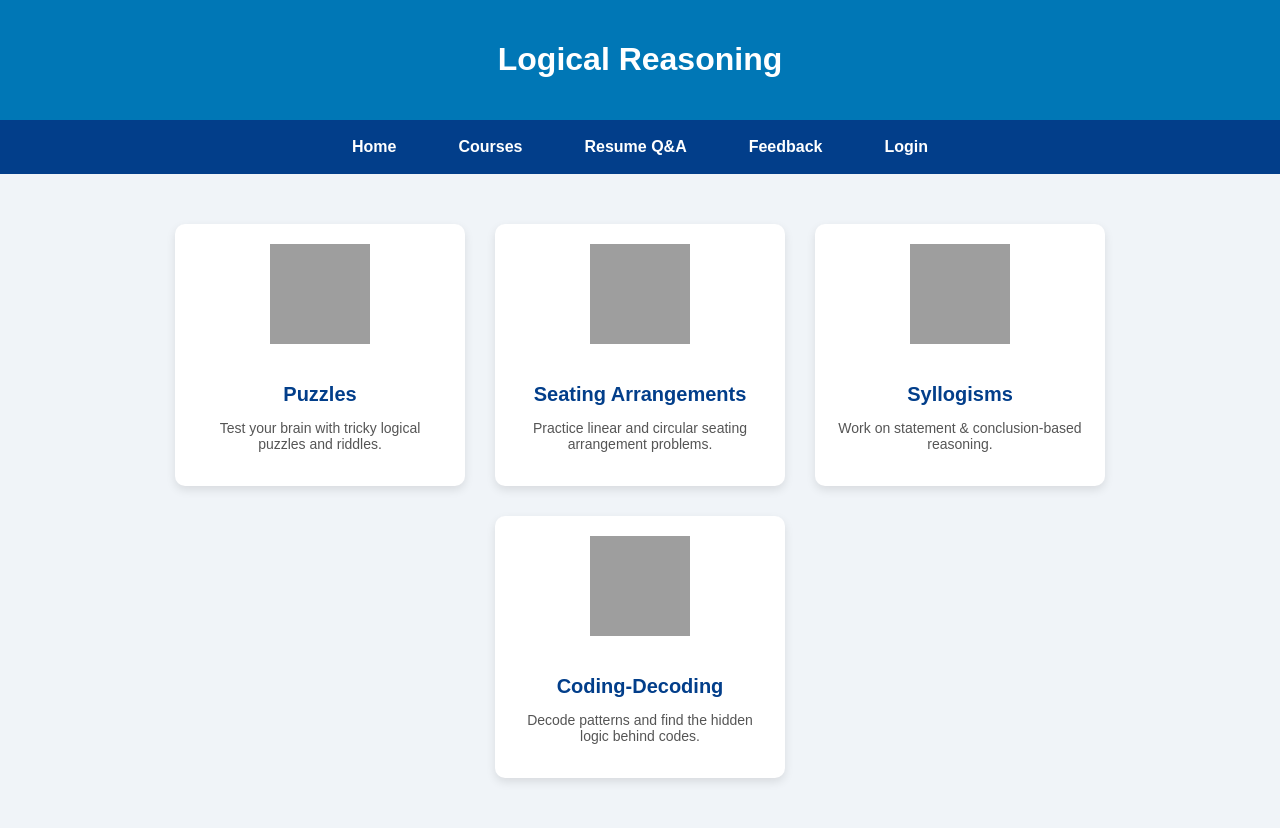
Repository: Mathin04/Online-Interview-Platform-
Page: urls/logical.html
The author's editor kept a copy of each file at every save. The page is drawn from the files as they stood at one save, then again after the next save.
The browser window is 1280 px wide. The pictures show the whole page.
Pictures or frames that could not be fetched are drawn as grey boxes.

Above is the page before, as saved 2025-10-08 13:46:08.

After the next save:
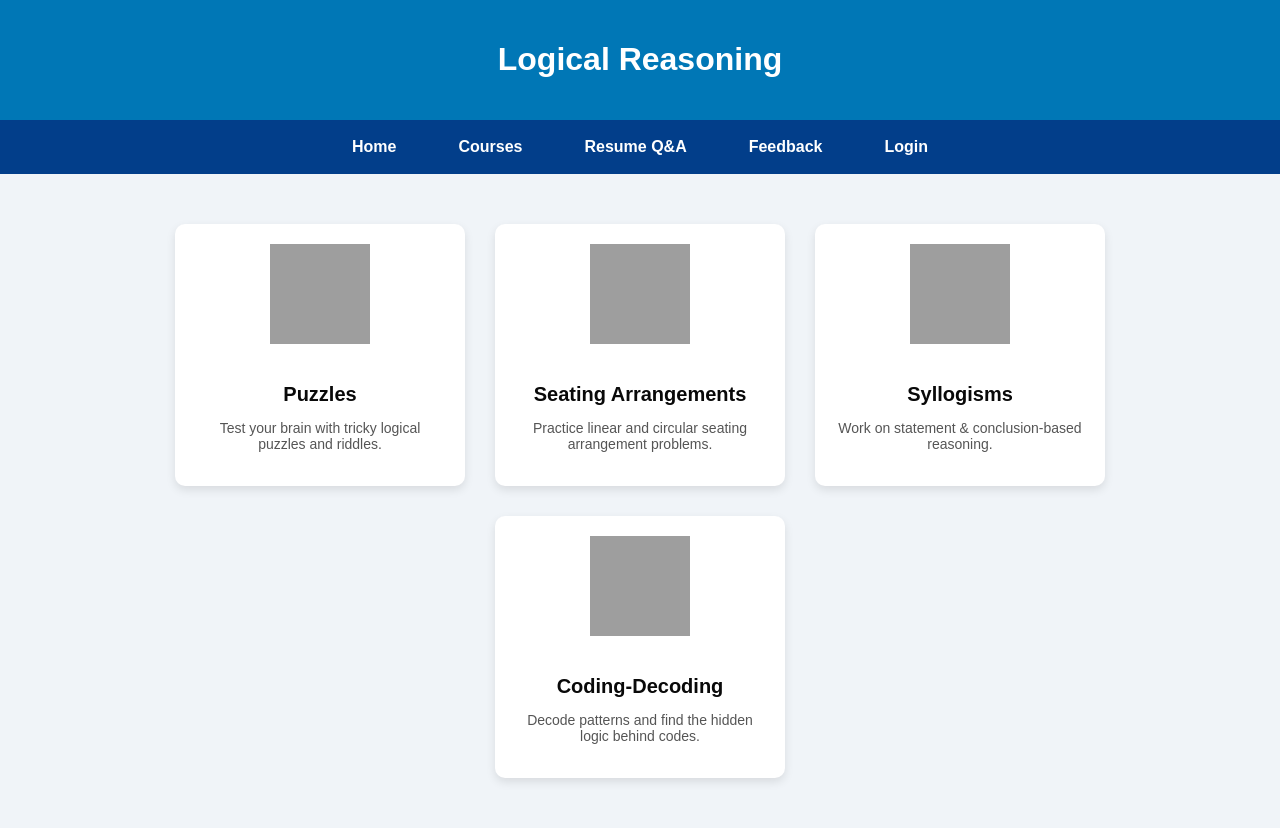
Saved 109 s later.
--- a/urls/logical.html
+++ b/urls/logical.html
@@ -36,7 +36,7 @@
     }
 
     nav a:hover {
-      background: #0077b6;
+      background: #080808;
     }
 
     .logical-container {
@@ -72,7 +72,7 @@
     .logical-card h3 {
       font-size: 20px;
       margin-bottom: 10px;
-      color: #023e8a;
+      color: #090909;
     }
 
     .logical-card p {
